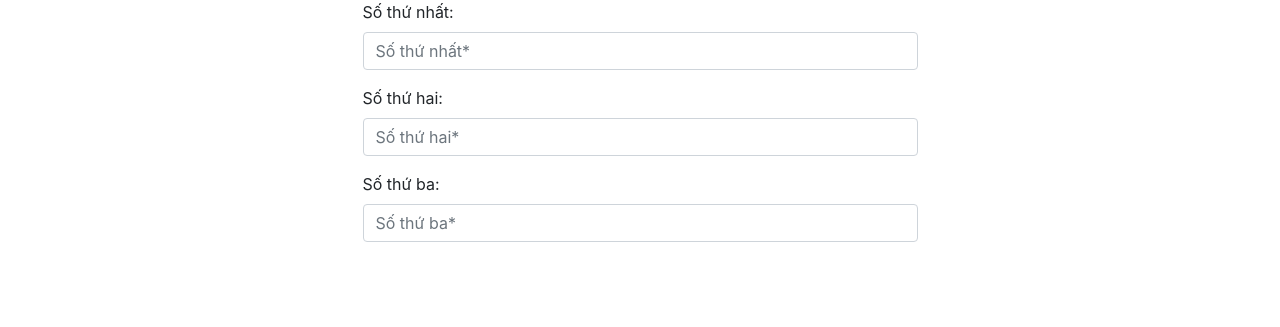
Repository: dovanthao2404/BC14_BaiTap_JS_Buoi_4_dovanthao
Page: html/bai1.html
An editor plug-in stored every save of this project. The page is shown before and after the next save, followed by the edit.
The browser window is 1280 px wide. The pictures show the whole page.

Above is the page before, as saved 2021-07-02 00:26:43.

After the next save:
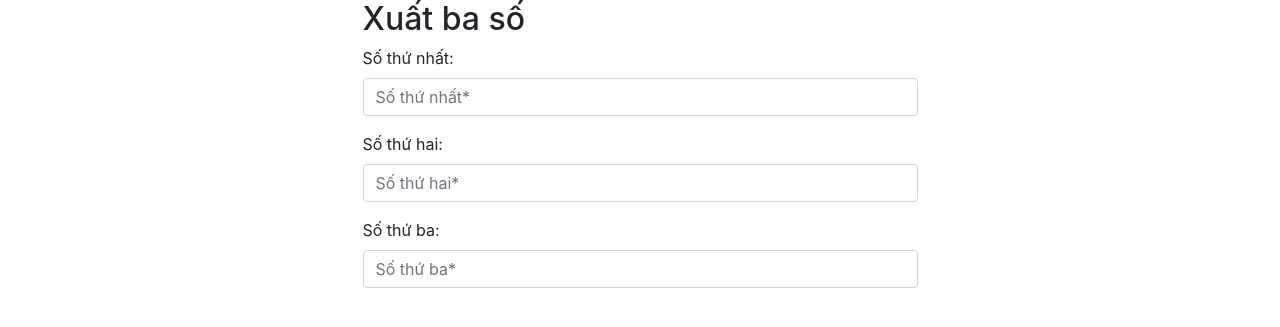
Saved 33 s later.
--- a/html/bai1.html
+++ b/html/bai1.html
@@ -15,6 +15,7 @@
 <body>
   <div class="container">
     <form class="w-50 mx-auto">
+      <h2>Xuất ba số </h2>
       <div class="form-group">
         <label for="number-1">Số thứ nhất: </label>
         <input type="text" name="" id="number-1" class="form-control" placeholder="Số thứ nhất*">
